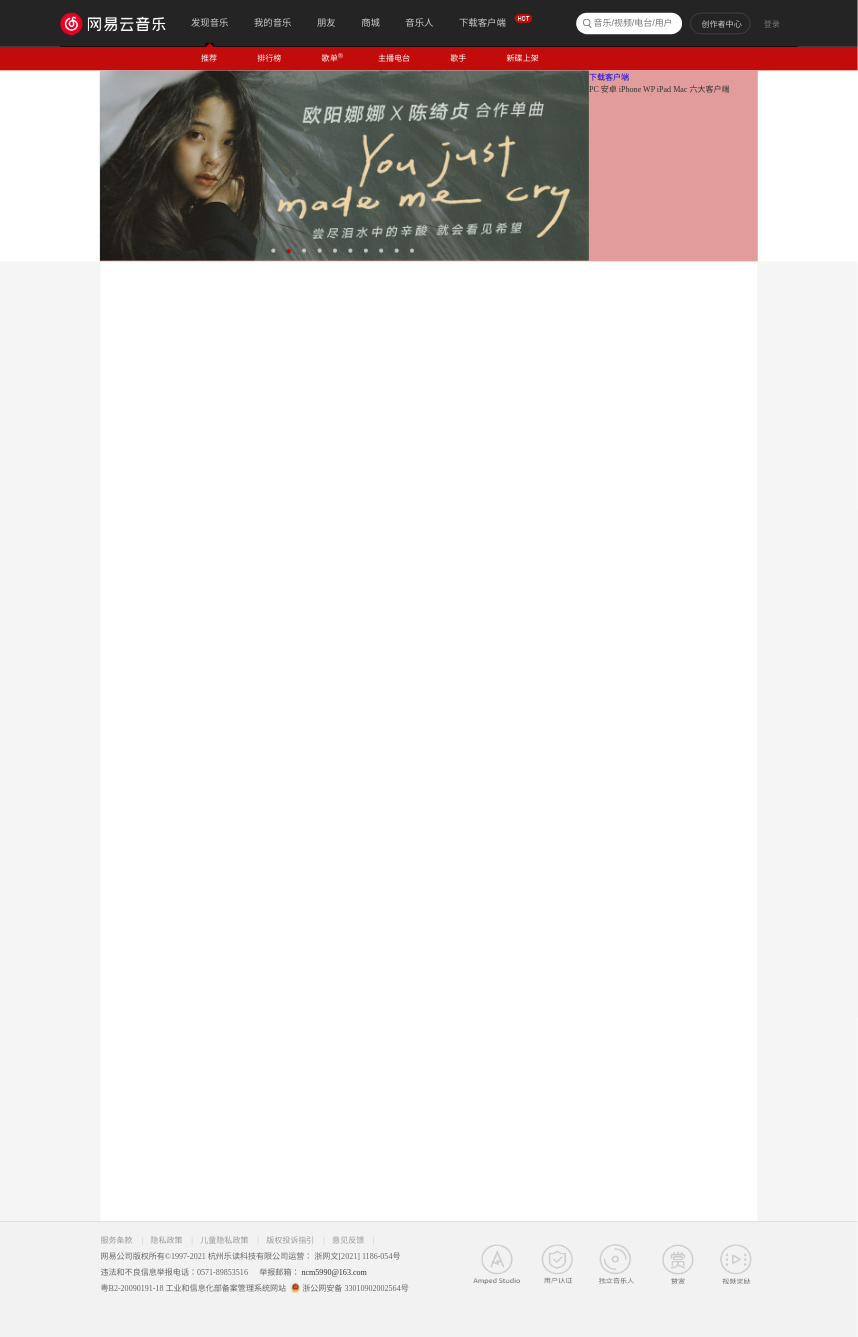
Repository: changfeng5/cat
Page: cat/index.html
An editor plug-in stored every save of this project. The page is shown before and after the next save, followed by the edit.
The browser window is 1280 px wide. The pictures show the whole page, at 67% of full size.

Above is the page before, as saved 2021-04-30 12:25:52.

### cat/index.html
<!DOCTYPE html>
<html lang="en">

<head>
  <meta charset="UTF-8" />
  <meta http-equiv="X-UA-Compatible" content="IE=edge" />
  <meta name="viewport" content="width=device-width, initial-scale=1.0" />
  <title>网易云音乐</title>
  <link rel="shortcut icon" href="favicon.ico" />
  <link rel="stylesheet" href="css/style.css" />
  <script src="js/animate.js"></script>
  <script src="js/index.js"></script>
</head>

<body>
  <!-- 头部导航栏 -->
  <div class="header-wrapper">
    <!-- 导航栏 -->
    <div class="nav-wrapper">
      <div class="nav">
        <div class="logo">
          <a href="#"></a>
        </div>
        <ul>
          <li>
            <a href="#">
              <p>发现音乐</p>
              <sub></sub>
            </a>
          </li>
          <li>
            <a href="#">
              <p>我的音乐</p>
            </a>
          </li>
          <li>
            <a href="#">
              <p>朋友</p>
            </a>
          </li>
          <li>
            <a href="#">
              <p>商城</p>
            </a>
          </li>
          <li>
            <a href="#">
              <p>音乐人</p>
            </a>
          </li>
          <li class="lst">
            <a href="#">
              <p>下载客户端</p>
              <span></span>
            </a>
          </li>
        </ul>
        <div class="login">
          <a href="#">登录</a>
          <div class="inner">
            <div class="arr"></div>
          </div>
        </div>
        <div class="creator-center">
          <a href="#">创作者中心</a>
        </div>
        <div class="srch">
          <span></span>
          <input type="text" placeholder="音乐/视频/电台/用户">
        </div>
      </div>
    </div>
    <!-- 子导航栏 -->
    <div class="subnav-wrapper">
      <div class="subnav">
        <ul>
          <li>
            <a href="#">
              <p>推荐</p>
            </a>
          </li>
          <li>
            <a href="#">
              <p>排行榜</p>
            </a>
          </li>
          <li>
            <a href="#">
              <p>歌单<span></span></p>
            </a>
          </li>
          <li>
            <a href="#">
              <p>主播电台</p>
            </a>
          </li>
          <li>
            <a href="#">
              <p>歌手</p>
            </a>
          </li>
          <li>
            <a href="#">
              <p>新碟上架</p>
            </a>
          </li>
        </ul>
      </div>
    </div>
  </div>
  <!-- 推荐-轮播图 -->
  <div class="banner_wrpper">
    <div class="banner">
      <div class="banl">
        <!-- 左按钮 -->
        <a href="javascript:;" class="arrowl"></a>
        <!-- 右按钮 -->
        <a href="javascript:;" class="arrowr"></a>
        <div class="hid">
          <ul>
            <li><a href="#"><img src="images/l1.jpg" alt=""></a></li>
            <li><a href="#"><img src="images/l2.jpg" alt=""></a></li>
            <li><a href="#"><img src="images/l3.jpg" alt=""></a></li>
            <li><a href="#"><img src="images/l4.jpg" alt=""></a></li>
            <li><a href="#"><img src="images/l5.jpg" alt=""></a></li>
            <li><a href="#"><img src="images/l6.jpg" alt=""></a></li>
            <li><a href="#"><img src="images/l7.jpg" alt=""></a></li>
            <li><a href="#"><img src="images/l8.jpg" alt=""></a></li>
            <li><a href="#"><img src="images/l9.jpg" alt=""></a></li>
            <li><a href="#"><img src="images/l10.jpg" alt=""></a></li>
          </ul>
        </div>
        <!-- 小圆点 -->
        <ol>
          <li></li>
          <li></li>
          <li></li>
          <li></li>
          <li></li>
          <li></li>
          <li></li>
          <li></li>
          <li></li>
          <li></li>
        </ol>
      </div>
      <div class="banr">
        <a href="#">下载客户端</a>
        <p>PC 安卓 iPhone WP iPad Mac 六大客户端</p>
      </div>
    </div>
  </div>
  <!-- 推荐-内容 -->
  <div class="main-wrapper">
    <div class="main">

    </div>
  </div>
  <!-- 底部 -->
  <div class="ft-wrapper">
    <div class="ft">
      <div class="copy">
        <p class="link">
          <a href="#" class="fc1">服务条款</a>
          <span class="line">|</span>
          <a href="#" class="fc1">隐私政策</a>
          <span class="line">|</span>
          <a href="#" class="fc1">儿童隐私政策</a>
          <span class="line">|</span>
          <a href="#" class="fc1">版权投诉指引</a>
          <span class="line">|</span>
          <a href="#" class="fc1">意见反馈</a>
          <span class="line">|</span>
        </p>
        <p class="fc2">
          <span>网易公司版权所有©1997-2021</span>
          <span>杭州乐读科技有限公司运营：</span>
          <a href="#">浙网文[2021] 1186-054号</a>
        </p>
        <p class="fc2">
          <span class="fc2-1">违法和不良信息举报电话：0571-89853516</span>
          <span>举报邮箱：</span>
          <a href="#" class="email">ncm5990@163.com</a>
        </p>
        <p class="fc2">
          <a href="#">粤B2-20090191-18 工业和信息化部备案管理系统网站</a>
          <a href="#">
            <span class="police-logo"></span>
            <span>浙公网安备 33010902002564号</span>
          </a>
        </p>
      </div>
      <ul>
        <li>
          <a href="#" class="ft-logo1"></a>
          <span class="ft-tt1"></span>
        </li>
        <li>
          <a href="#" class="ft-logo2"></a>
          <span class="ft-tt2"></span>
        </li>
        <li>
          <a href="#" class="ft-logo3"></a>
          <span class="ft-tt3"></span>
        </li>
        <li>
          <a href="#" class="ft-logo4"></a>
          <span class="ft-tt4"></span>
        </li>
        <li>
          <a href="#" class="ft-logo5"></a>
          <span class="ft-tt5"></span>
        </li>
      </ul>
    </div>
  </div>
  <!-- 回到顶部 -->
  <a href="#" class="back" title="回到顶部"></a>
</body>

</html>

### cat/css/style.css
* {
  margin: 0;
  padding: 0;
}

li {
  list-style: none;
}

a {
  text-decoration: none;
}

body {
  font-size: 12px;
  color: #333;
}

html {
  min-width: 1100px;
}

/* 主导航栏 */

.nav-wrapper {
  height: 70px;
  background: #242424;
}

.nav {
  margin: 0 auto;
  width: 1100px;
  height: 70px;
  box-sizing: border-box;
  background: #242424;
  border-bottom: 1px solid #000;
}

/* 网易云logo */
.nav .logo {
  float: left;
  width: 176px;
  height: 69px;
  background: url(../images/1.png) no-repeat;
  background-position: 0 0;
}

.nav .logo a {
  float: left;
  width: 157px;
  height: 100%;
  padding-right: 20px;
}

.nav ul li {
  float: left;
}

.nav ul li a {
  float: left;
  height: 100%;
  padding: 0 19px;
}

.nav ul li a:hover {
  background: #000;
  color: #fff;
}

.nav ul li a p {
  display: inline-block;
  height: 100%;
  line-height: 69px;
  font-size: 14px;
  color: #ccc;
}

.nav ul li sub {
  position: absolute;
  left: 50%;
  top: 64px;
  width: 12px;
  height: 7px;
  margin-left: -6px;
  overflow: hidden;
  background: url(../images/1.png) no-repeat;
  background-position: -226px 0;
}

.nav ul li {
  position: relative;
}

.nav ul .lst span {
  position: absolute;
  top: 21px;
  left: 100px;
  width: 28px;
  height: 19px;
  background: url(../images/1.png) no-repeat;
  background-position: -190px 0;
}

.nav .login {
  position: relative;
}

.nav .login a {
  float: right;
  width: 28px;
  height: 16px;
  margin: 27px 22px 0 20px;
  color: #787878;
}

.nav .login a:hover {
  color: #666;
  text-decoration: underline;
}

.nav .login .inner {
  display: none;
  position: absolute;
  top: 58px;
  right: -43px;
  width: 158px;
  background: #202020;
  border: 1px solid #202020;
}

.nav .login .inner .arr {
  position: absolute;
  top: -8px;
  left: 50%;
  width: 14px;
  height: 8px;
  margin-left: -7px;
  background: url(../images/2.png) no-repeat;
  background-position: -20px 0;
}

.nav .login:hover .inner {
  display: block;
}

.nav .creator-center a {
  float: right;
  width: 90px;
  height: 32px;
  margin: 19px 0 0 12px;
  box-sizing: border-box;
  padding-left: 16px;
  border: 1px solid #4f4f4f;
  border-radius: 20px;
  color: #ccc;
  line-height: 32px;
}

.nav .creator-center a:hover {
  border-color: #fff;
  color: #fff;
}

.nav .srch {
  float: right;
  width: 158px;
  height: 32px;
  margin-top: 19px;
  background: #fff;
  border-radius: 32px;
}

.nav .srch span {
  float: left;
  width: 26px;
  height: 32px;
  background: url(../images/1.png) no-repeat;
  background-position: 0 -99px;
}

.nav .srch input {
  float: left;
  margin-top: 8px;
  width: 126px;
  height: 16px;
  background: transparent;
  line-height: 16px;
  outline: none;
  border: 0;
}

/* 子导航栏 */
.subnav-wrapper {
  height: 35px;
  background: #c20c0c;
}

.subnav {
  margin: 0 auto;
  width: 1100px;
  height: 35px;
}

.subnav ul {
  padding-left: 180px;
}

.subnav ul li a {
  float: left;
  height: 34px;
}

.subnav ul li a p {
  position: relative;
  height: 20px;
  padding: 0 13px;
  margin: 7px 17px 0;
  border-radius: 20px;
  line-height: 20px;
  color: #fff;
}

.subnav ul li a:hover p {
  background: #9b0909;
}

.subnav ul li a span {
  position: absolute;
  top: 2px;
  width: 8px;
  height: 8px;
  background: url(../images/R.png) no-repeat;
  background-size: cover;
}

/* 推荐-轮播图 */
.banner_wrpper {
  width: 100%;
  background-size: cover;
}

.banner {
  position: relative;
  width: 982px;
  height: 285px;
  margin: 0 auto;
  background: rgb(226, 156, 156);
}

.banl {
  width: 730px;
  height: 100%;
}

.banl .hid {
  position: relative;
  overflow: hidden;
  width: 730px;
  height: 285px;
}

.banl ul {
  position: absolute;
  width: 1200%;
}

.banl ul li {
  float: left;
}

.banl img {
  width: 730px;
}

.banl > a {
  position: absolute;
  top: 50%;
  margin-top: -31px;
  width: 37px;
  height: 63px;
  background: url(../images/banner.png) no-repeat;
  z-index: 9;
}

.banl .arrowl {
  left: -68px;
  background-position: 0 -360px;
}

.banl .arrowl:hover {
  background-position: 0 -430px;
}

.banl .arrowr {
  right: -68px;
  background-position: 0 -508px;
}

.banl .arrowr:hover {
  background-position: 0 -578px;
}

.banl ol {
  position: absolute;
  top: 259px;
  left: 249px;
}

.banl ol li {
  display: inline-block;
  width: 20px;
  height: 20px;
  text-align: center;
  border-radius: 50%;
  cursor: pointer;
  background: url(../images/banner.png);
  background-position: 3px -343px;
}

.banl ol .current {
  background-position: -16px -343px;
}

.banr {
  position: absolute;
  top: 0;
  right: 0;
  width: 252px;
  height: 285px;
}

/* 推荐-内容 */
.main-wrapper {
  background: #f5f5f5;
}

.main {
  width: 980px;
  height: 1433px;
  margin: 0 auto;
  background: #fff;
}

/* 底部 */
.ft-wrapper {
  width: 100%;
  height: 172px;
  border-top: 1px solid #d3d3d3;
  background: #f2f2f2;
}

.ft {
  width: 980px;
  height: 100%;
  margin: 0 auto;
}

.ft .copy {
  float: left;
  width: 520px;
  padding-top: 15px;
  line-height: 24px;
}

.ft .copy .fc1 {
  color: #999;
}

.ft .copy .line {
  margin: 0 8px 0 10px;
  color: #c2c2c2;
}

.ft .copy .fc2 {
  color: #666;
}

.ft .copy .fc2 a {
  color: #666;
}

.ft .copy .fc2-1 {
  margin-right: 14px;
}

.ft .copy .fc2 .email {
  color: #333;
}

.ft .copy .fc2 .police-logo {
  display: inline-block;
  width: 14px;
  height: 14px;
  margin-left: 4px;
  vertical-align: -2px;
  background: url(../images/police.png) no-repeat;
  background-size: cover;
}

.ft .copy a:hover {
  text-decoration: underline;
}

.ft ul {
  float: right;
  width: 420px;
  margin-top: 33px;
}

.ft ul li {
  float: left;
  width: 60px;
  height: 70px;
  margin-left: 30px;
  color: #666;
}

.ft ul li:first-child {
  margin-left: 0;
}

.ft ul li a {
  display: block;
  width: 50px;
  height: 45px;
  margin: 0 auto;
  background: url(../images/footer-enter.png) no-repeat;
  background-size: 110px 552px;
}

.ft ul li .ft-logo1 {
  background-position: -60px -456.5px;
}

.ft ul li .ft-logo2 {
  background-position: -60px -101px;
}

.ft ul li .ft-logo3 {
  background-position: 0 0;
}

.ft ul li .ft-logo4 {
  background-position: -60px -50px;
}

.ft ul li .ft-logo5 {
  background-position: 0 -101px;
}

.ft ul li span {
  float: right;
  margin-top: 5px;
  width: 52px;
  height: 14px;
  background: url(../images/foot-enter-tt.png) no-repeat;
  background-size: 180px 139px;
}

.ft ul li .ft-tt1 {
  margin-right: -8px;
  width: 72px;
  background-position: 0 -108px;
}

.ft ul li .ft-tt2 {
  background-position: -1px -91px;
}

.ft ul li .ft-tt3 {
  margin-right: 4px;
  background-position: 0 0;
}

.ft ul li .ft-tt4 {
  margin-right: 2px;
  background-position: 0 -54px;
}

.ft ul li .ft-tt5 {
  margin-right: 4px;
  background-position: -1px -72px;
}

/* 回到顶部 */
.back {
  display: none;
  position: fixed;
  left: 50%;
  margin-left: 500px;
  bottom: 160px;
  width: 49px;
  height: 44px;
  background: url(../images/sprite1.png) no-repeat;
  background-position: -265px -47px;
}

### cat/js/animate.js
function animate(obj, target, callback) {
    // console.log(callback);  callback = function() {}  调用的时候 callback()
    clearInterval(obj.timer);
    obj.timer = setInterval(function () {
        // 缓慢效果
        var step = (target - obj.offsetLeft) / 10;
        // 避免出现精度问题，正数取小，负数取大
        step = step > 0 ? Math.ceil(step) : Math.floor(step);
        if (obj.offsetLeft == target) {
            // 停止动画即停止定时器
            clearInterval(obj.timer);
            // 回调函数
            // 另一种方法callback && callback();
            if (callback) {
                callback();
            }
        }
        obj.style.left = obj.offsetLeft + step + 'px';
    }, 15);
}

### cat/js/index.js
window.addEventListener('load', function () {
    // 轮播图
    var banl = document.querySelector('.banl');
    var ul = banl.querySelector('ul');
    var ol = banl.querySelector('ol');
    var banlWidth = banl.offsetWidth;
    for (var i = 0; i < ol.children.length; i++) {
        ol.children[i].setAttribute('index', i);
        ol.children[i].addEventListener('click', function () {
            for (var i = 0; i < ol.children.length; i++) {
                ol.children[i].className = '';
            }
            this.className = 'current';
            // 点击小圆圈，移动图片
            var index = this.getAttribute('index');
            // 要联立num与index与circle，防止播放顺序出错
            num = index;
            circle = index;
            animate(ul, -index * banlWidth);
            var x = parseInt(index) + 1;
            var banner_wrpper = document.querySelector('.banner_wrpper');
            banner_wrpper.style.backgroundImage = 'url(images/l' + x + '-' + x + '.jpg)';
        })
    }
    // 把ul里面的第一个小li设置类名为 current 默认刷新第一张
    ol.children[0].className = 'current';
    // 克隆第一张图片(li)放到ul 最后面
    var first = ul.children[0].cloneNode(true);
    ul.appendChild(first);
    // 右侧按钮
    var arrowl = banl.querySelector('.arrowl');
    var arrowr = banl.querySelector('.arrowr');
    // num最后一点跳回第一点
    var num = 0;
    // circle 控制小圆圈的播放
    var circle = 0;
    arrowr.addEventListener('click', function () {
        // 图片临界跳到另一边
        if (num == ul.children.length - 1) {
            ul.style.left = 0;
            num = 0;
        }

        // num要放在animate前面
        num++;
        animate(ul, -num * banlWidth);
        circle++;
        // 判断跳为小圆点回第一个点(circle %= ol.children.length;这样写也行)
        circle = circle == ol.children.length ? 0 : circle;
        circleChange();
    })
    // 左侧按钮
    arrowl.addEventListener('click', function () {
        flag = false;
        // 图片临界跳到另一边
        if (num == 0) {
            num = ul.children.length - 1;
            ul.style.left = -num * banlWidth + 'px';
        }
        num--;
        // num要放在animate前面
        animate(ul, -num * banlWidth);
        circle--;
        // 判断跳为小圆点最后一个点(circle %= ol.children.length;这样写也行)
        circle = circle < 0 ? ol.children.length - 1 : circle;
        circleChange();
    })
    function circleChange() {
        // 先清除其余小圆圈的current类名
        for (var i = 0; i < ol.children.length; i++) {
            ol.children[i].className = '';
        }
        // 留下当前的小圆圈的current类名
        ol.children[circle].className = 'current';
    }

    // 自动播放轮播图
    var hid = banl.querySelector('.hid');
    var intval = null;  //定义计时器对象
    var start = function () {
        intval = setInterval(function () {
            //手动调用点击事件
            arrowr.click();
        }, 3000)
    }
    start();
    // 鼠标经过暂停
    hid.addEventListener('mouseover', function () {
        clearInterval(intval);
    })
    hid.addEventListener('mouseout', function () {
        start();
    })


    // 返回顶部
    var back = document.querySelector('.back');
    document.addEventListener('scroll', function () {
        if (window.pageYOffset > 0) {
            back.style.display = 'block';
        } else {
            back.style.display = 'none';
        }
    })
})

After the next save:
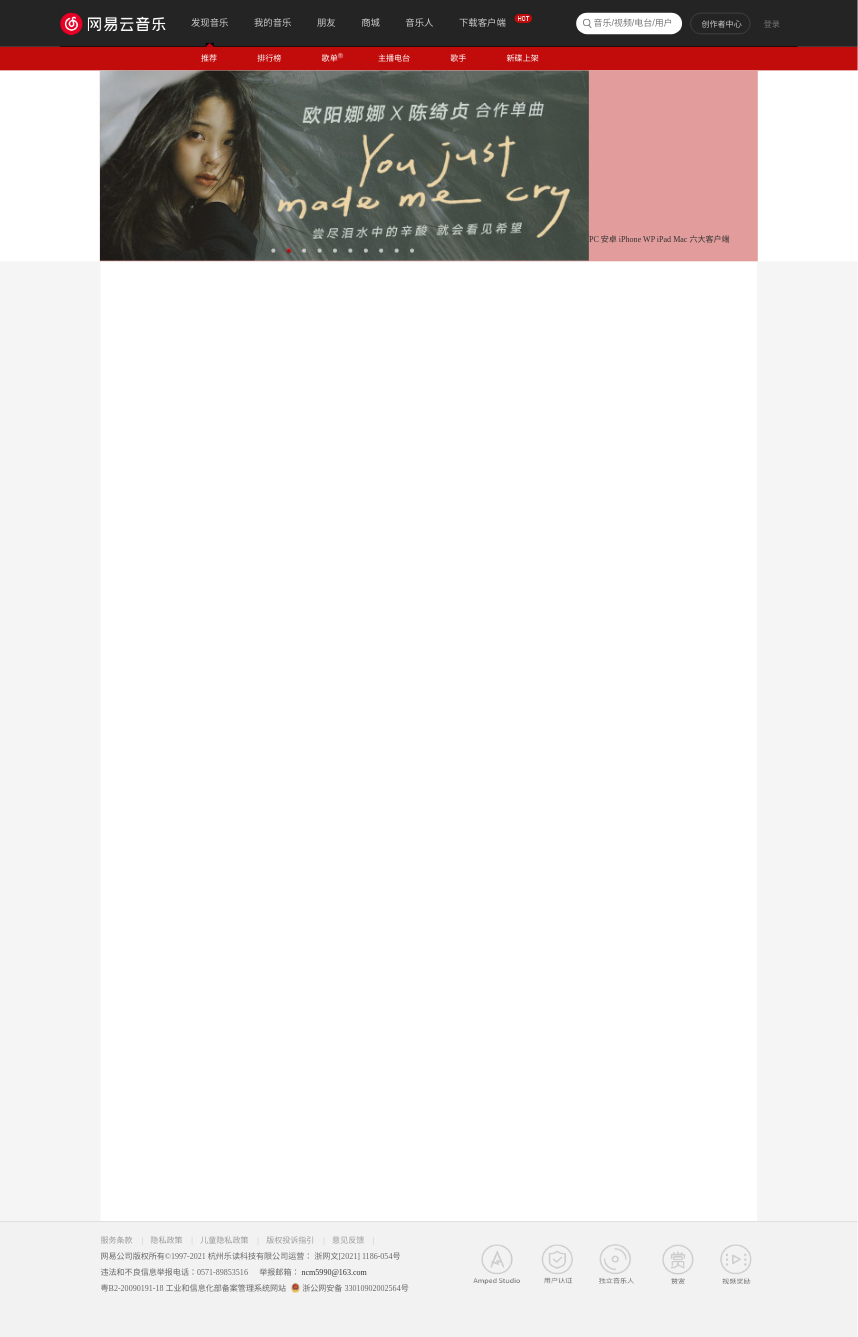
Saved 42 s later.
--- a/cat/css/style.css
+++ b/cat/css/style.css
@@ -329,6 +329,15 @@
   height: 285px;
 }
 
+.banr > a {
+  display: block;
+  width: 215px;
+  height: 56px;
+  margin: 186px 0 0 19px;
+  background-position: 0 9999px;
+  text-indent: -9999px;
+}
+
 /* 推荐-内容 */
 .main-wrapper {
   background: #f5f5f5;
